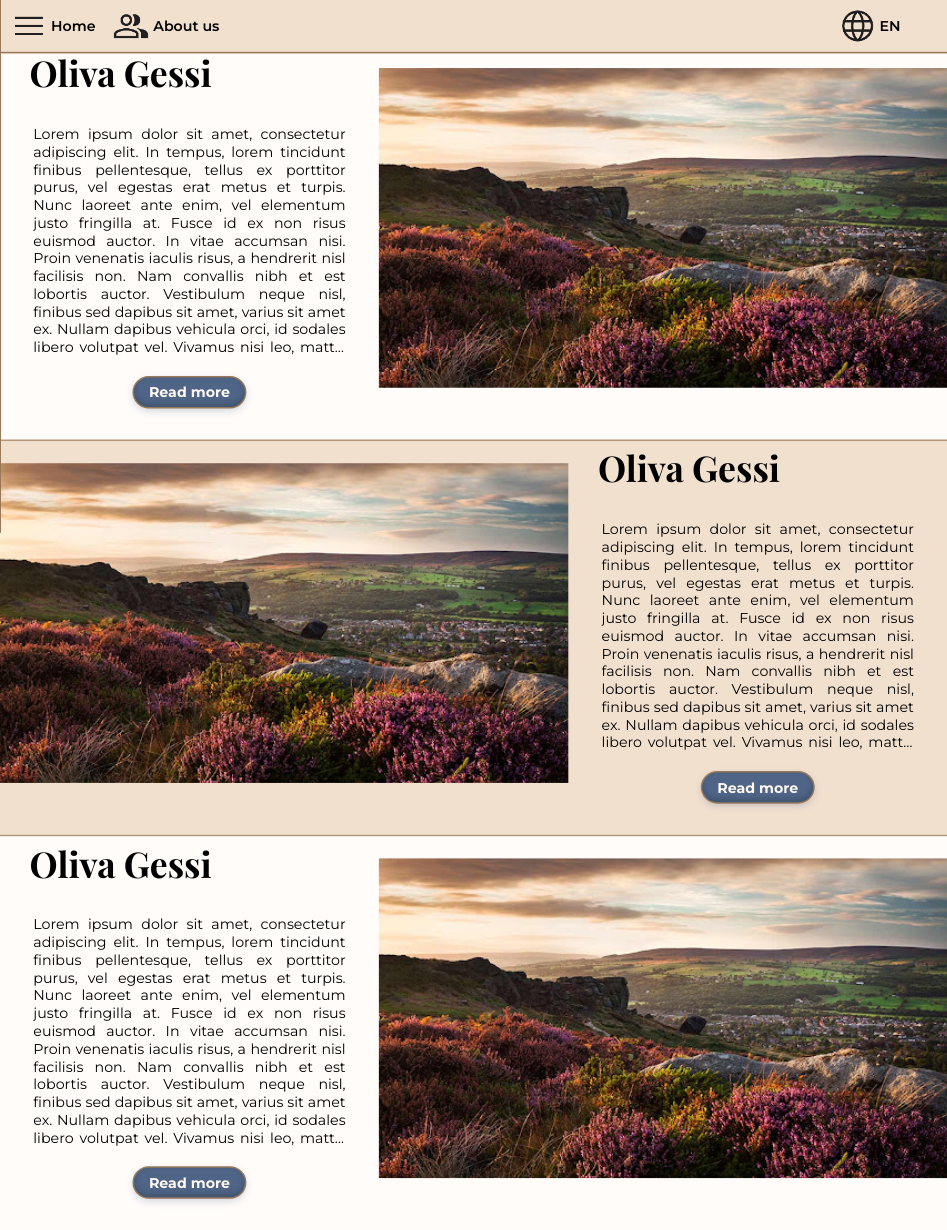
Repository: Seaside-Jokers/Oliva-gessi
Page: index.html
These files come from the project's save history. The page is drawn as it stood at one moment and after the next save; the edit follows.
The browser window is 1280 px wide. The pictures show the whole page, at 74% of full size.
Some web fonts or font styles are not loaded; a fallback is used.

Above is the page before, as saved 2026-02-18 16:05:09.

### index.html
<!DOCTYPE html>
<html lang="it">
<head>
    <meta charset="UTF-8">
    <title>Oliva Gessi</title>
    <link rel="stylesheet" href="src/style.css">
    <link rel="alternate" hreflang="en" href="index.html">
    <link rel="alternate" hreflang="it" href="index.html">
    <link rel="preconnect" href="https://fonts.googleapis.com">
    <link rel="preconnect" href="https://fonts.gstatic.com" crossorigin>
    <link href="https://fonts.googleapis.com/css2?family=Playfair+Display:ital,wght@0,400..900;1,400..900&display=swap" rel="stylesheet">
</head>
<body>
    <!-- ======================================================================= -->
    <!--                                 NAVBAR                                  -->
    <!-- ======================================================================= -->
    <nav class="navbar">
        <!-- Home -->
        <button class="btn-navbar" type="button" onclick="toggleMenu()">
            <img src="assets/menu_icon.png" data-key="home" alt="Home" class="icone" id="navbar-button">
            <span data-key="home" class="nav-data">Menu</span>
        </button>
        <!-- About us-->
        <button class="btn-navbar" type="button" onclick="location.href='about-us.html'">
            <img src="assets/about_us.png" data-key="about" alt="Chi siamo" class="icone">
            <span data-key="about" class="nav-data">Chi siamo</span>
        </button>
        <!-- Cambio lingua (a destra) -->
        <button class="btn-navbar lang-button" type="button" onclick="changeLang()">
            <img src="assets/language.png" data-key="language" alt="Cambia lingua" class="icone">
            <span data-key="current_language" class="nav-data">IT</span>
        </button>
    </nav>
    <!-- ======================================================================= -->
    <!--                                 SIDEBAR                                 -->
    <!-- ======================================================================= -->
    <!-- Strato trasparente che permette di chiudere il menu cliccando fuori -->
    <div class="clicker" onclick="closeMenu()"></div>
    <!-- Menu laterale vero e proprio -->
    <div class="sidebar" id="sidebar">
        <!-- Chiudi il menu -->
        <button class="sidebar-button" type="button" onclick="closeMenu()">
            <img src="assets/close.png" alt="Chiudi menu" class="icone large">
            <span data-key="close_menu" class="side-data">Chiudi</span>
        </button>
        <!-- About us -->
        <button class="sidebar-button" type="button" onclick="location.href='about-us.html'">
            <img src="assets/about_us.png" alt="Chiudi menu" class="icone large">
            <span data-key="about" class="side-data">Chi siamo</span>
        </button>
        <details>
            <!-- Le varie pagine del file -->
            <summary data-key="cerca_pagina"></summary>
        </details>
    </div>

    <!-- ======================================================================= -->
    <!--                                CONTENUTO                                -->
    <!-- ======================================================================= -->
    <div class="blocco">
        <img src="assets/immagine_16x9.jpg" alt="Foto placeholder del primo blocco" data-key="alt_img1" class="foto-blocco">
        <div class="container-testo-blocco">
            <h1 class="titolo-blocco" data-key="title_1">Oliva Gessi</h1>
            <p class="testo-blocco" data-key="testo_1">Lorem ipsum dolor sit amet, consectetur adipiscing elit. In tempus, lorem tincidunt finibus pellentesque, tellus ex porttitor purus, vel egestas erat metus et turpis. Nunc laoreet ante enim, vel elementum justo fringilla at. Fusce id ex non risus euismod auctor. In vitae accumsan nisi. Proin venenatis iaculis risus, a hendrerit nisl facilisis non. Nam convallis nibh et est lobortis auctor. Vestibulum neque nisl, finibus sed dapibus sit amet, varius sit amet ex. Nullam dapibus vehicula orci, id sodales libero volutpat vel. Vivamus nisi leo, mattis ut est convallis, pharetra ornare ipsum. Fusce elementum velit at massa mattis rutrum. Curabitur tincidunt consectetur nibh, in molestie urna ullamcorper sed. Interdum et malesuada fames ac ante ipsum primis in faucibus.</p>
            <button class="read-more-button" type="button" onclick="" data-key="read_more">Leggi di più</button>
        </div>
    </div>
    <div class="blocco">
        <img src="assets/immagine_16x9.jpg" alt="Foto placeholder del primo blocco" data-key="alt_img1" class="foto-blocco">
        <div class="container-testo-blocco">
            <h1 class="titolo-blocco" data-key="title_1">Oliva Gessi</h1>
            <p class="testo-blocco" data-key="testo_1">Lorem ipsum dolor sit amet, consectetur adipiscing elit. In tempus, lorem tincidunt finibus pellentesque, tellus ex porttitor purus, vel egestas erat metus et turpis. Nunc laoreet ante enim, vel elementum justo fringilla at. Fusce id ex non risus euismod auctor. In vitae accumsan nisi. Proin venenatis iaculis risus, a hendrerit nisl facilisis non. Nam convallis nibh et est lobortis auctor. Vestibulum neque nisl, finibus sed dapibus sit amet, varius sit amet ex. Nullam dapibus vehicula orci, id sodales libero volutpat vel. Vivamus nisi leo, mattis ut est convallis, pharetra ornare ipsum. Fusce elementum velit at massa mattis rutrum. Curabitur tincidunt consectetur nibh, in molestie urna ullamcorper sed. Interdum et malesuada fames ac ante ipsum primis in faucibus.</p>
            <button class="read-more-button" type="button" onclick="" data-key="read_more">Leggi di più</button>
        </div>
    </div>
    <div class="blocco">
        <img src="assets/immagine_16x9.jpg" alt="Foto placeholder del primo blocco" data-key="alt_img1" class="foto-blocco">
        <div class="container-testo-blocco">
            <h1 class="titolo-blocco" data-key="title_1">Oliva Gessi</h1>
            <p class="testo-blocco" data-key="testo_1">Lorem ipsum dolor sit amet, consectetur adipiscing elit. In tempus, lorem tincidunt finibus pellentesque, tellus ex porttitor purus, vel egestas erat metus et turpis. Nunc laoreet ante enim, vel elementum justo fringilla at. Fusce id ex non risus euismod auctor. In vitae accumsan nisi. Proin venenatis iaculis risus, a hendrerit nisl facilisis non. Nam convallis nibh et est lobortis auctor. Vestibulum neque nisl, finibus sed dapibus sit amet, varius sit amet ex. Nullam dapibus vehicula orci, id sodales libero volutpat vel. Vivamus nisi leo, mattis ut est convallis, pharetra ornare ipsum. Fusce elementum velit at massa mattis rutrum. Curabitur tincidunt consectetur nibh, in molestie urna ullamcorper sed. Interdum et malesuada fames ac ante ipsum primis in faucibus.</p>
            <button class="read-more-button" type="button" onclick="" data-key="read_more">Leggi di più</button>
        </div>
    </div>

    <!--=======================================================================-->
    <!--                      DO NOT TOUCH BELOW THIS LINE                     -->
    <!--=======================================================================-->
    <script src="src/database_testo.js"></script>
    <script src="src/color_scheme.js"></script>
    <script src="src/sidebar.js"></script>
    <script src="src/homepage.js"></script>
</body>

<!-- TODO: leggi questo commento e poi eliminalo per favore: quando vuoi aggiungere un nuovo testo modificalo in src/database_testo.js -->
</html>

### src/style.css
/* -------------------------------------------------------------------------- */
/*                                   COLORI                                   */
/* -------------------------------------------------------------------------- */
:root,
[data-theme="light"] {
    /** BACKGROUND */
    --bg-dark:      hsl(30 58% 88%);
    --bg:           hsl(30 100% 94%);
    --bg-light:     hsl(30 100% 99%);

    /** TESTO */
    --text:         hsl(17 100% 4%);
    --text-muted:   hsl(32 47% 25%);
    --highlight:    hsl(31 100% 97%);

    /** BORDI */
    --border:       hsl(31 26% 47%);
    --border-muted: hsl(31 31% 59%);

    /** COLORI INTERFACCIA */
    --primary:      hsl(37 100% 17%);
    --secondary:    hsl(206 82% 26%);
    --danger:       hsl(9 25% 41%);
    --warning:      hsl(51 29% 33%);
    --success:      hsl(148 24% 35%);
    --info:         hsl(217 26% 42%);
}

[data-theme="dark"] {
    /** BACKGROUND */
    --bg-dark:      hsl(18 100% 1%);
    --bg:           hsl(25 93% 4%);
    --bg-light:     hsl(31 65% 7%);

    /** TESTO */
    --text:         hsl(31 100% 92%);
    --text-muted:   hsl(31 39% 67%);
    --highlight:    hsl(31 33% 36%);

    /** BORDI */
    --border:       hsl(32 47% 25%);
    --border-muted: hsl(34 84% 14%);

    /** COLORI INTERFACCIA */
    --primary:      hsl(31 62% 64%);
    --secondary:    hsl(209 77% 71%);
    --danger:       hsl(9 31% 65%);
    --warning:      hsl(52 22% 56%);
    --success:      hsl(147 21% 58%);
    --info:         hsl(217 34% 65%);
}

/* Fallback per chi non ha JavaScript: segue la preferenza di sistema */
@media (prefers-color-scheme: dark) {
    :root:not([data-theme]) {
        /** BACKGROUND */
        --bg-dark:      hsl(18 100% 1%);
        --bg:           hsl(25 93% 4%);
        --bg-light:     hsl(31 65% 7%);

        /** TESTO */
        --text:         hsl(31 100% 92%);
        --text-muted:   hsl(31 39% 67%);
        --highlight:    hsl(31 33% 36%);

        /** BORDI */
        --border:       hsl(32 47% 25%);
        --border-muted: hsl(34 84% 14%);

        /** COLORI INTERFACCIA */
        --primary:      hsl(31 62% 64%);
        --secondary:    hsl(209 77% 71%);
        --danger:       hsl(9 31% 65%);
        --warning:      hsl(52 22% 56%);
        --success:      hsl(147 21% 58%);
        --info:         hsl(217 34% 65%);
    }
}

:root {
    /* --- VALORI PER DESKTOP (Default) --- */

    /* -------------------------------------------------------------------------- */
    /*                                   NAVBAR                                   */
    /* -------------------------------------------------------------------------- */
    --nav-height: 60px;
    --nav-img-size: 50px;
    --nav-font-size: 1.2rem;
    --sidebar-width: 300px;
    /* -------------------------------------------------------------------------- */
    /*                                  HOMEPAGE                                  */
    /* -------------------------------------------------------------------------- */
    --block-dist: 30px;
    --btn-width: 150px;
    --btn-height: 40px;
}

@media (max-aspect-ratio: 1/1) {
    :root {
        /* --- VALORI PER MOBILE (Telefoni e Tablet piccoli) --- */

        /* -------------------------------------------------------------------------- */
        /*                                   NAVBAR                                   */
        /* -------------------------------------------------------------------------- */
        --nav-height: 80px;
        --nav-img-size: 65px;
        --nav-font-size: 2.1rem;
        --sidebar-width: 450px;
        /* -------------------------------------------------------------------------- */
        /*                                  HOMEPAGE                                  */
        /* -------------------------------------------------------------------------- */
        --block-dist: 30px;

        --btn-width: 300px;
        --btn-height: 80px;
    }
}


/* -------------------------------------------------------------------------- */
/*                                    BASE                                    */
/* -------------------------------------------------------------------------- */
/* corpo dell'HTML */
body {
    font-family: 'Montserrat', sans-serif;
    margin: 0;
    padding: 0;
    background-color: var(--bg-light);
    padding-top: var(--nav-height);
}

@font-face {
    font-family: 'Playfair Display';
    src: url('../fonts/Playfair_Display/PlayfairDisplay-VariableFont_wght.ttf') format('truetype');
    font-weight: 100 900;
    font-style: normal;
    font-display: swap;
}
@font-face {
    font-family: 'Playfair Display';
    src: url('../fonts/Playfair_Display/PlayfairDisplay-Italic-VariableFont_wght.ttf') format('truetype');
    font-weight: 100 900;
    font-style: italic;
    font-display: swap;
}

@font-face {
    font-family: 'Montserrat';
    src: url('../fonts/Montserrat/Montserrat-VariableFont_wght.ttf') format('truetype');
    font-weight: 100 900;
    font-style: normal;
    font-display: swap;
}
@font-face {
    font-family: 'Montserrat';
    src: url('../fonts/Montserrat/Montserrat-Italic-VariableFont_wght.ttf') format('truetype');
    font-weight: 100 900;
    font-style: italic;
    font-display: swap;
}

.text {
    font-family: 'Montserrat', sans-serif;
}
.title {
    font-family: 'Playfair Display', serif;
}

h1 {
    font-family: 'Playfair Display', serif;
    font-weight: bold;
}
h2 {
    font-family: 'Playfair Display', serif;
    font-weight: bold;
}
h3 {
    font-family: 'Playfair Display', serif;
    font-weight: bold;
}
h4 {
    font-family: 'Playfair Display', serif;
    font-weight: bold;
}
h5 {
    font-family: 'Playfair Display', serif;
    font-weight: bold;
}
h6 {
    font-family: 'Playfair Display', serif;
    font-weight: bold;
}
p {
    font-family: 'Montserrat', sans-serif;
}
span {
    font-family: 'Montserrat', sans-serif;
}

.l {
    margin-left: 0px;
    margin-right: auto;
}
.r {
    margin-left: auto;
    margin-right: 0px;
    align-items: right;
}

/* -------------------------------------------------------------------------- */
/*                                   NAVBAR                                   */
/* -------------------------------------------------------------------------- */
nav.navbar {
    position: fixed;
    top: 0;
    width: 100%;
    height: var(--nav-height);
    display: flex;
    align-items: center;
    background-color: var(--bg-dark);
    padding: 5px;
    border-bottom: 2px solid var(--border);
}
.icone {
    width: var(--nav-img-size);
    height: auto;
    display: block;
    margin: 0px 5px;
}

button.btn-navbar {
    padding: 4px;
    margin-right: 10px;
    background: none;
    border: none;
    cursor: pointer;
    transition: transform 0.2s;
    display: flex;
    flex-direction: row;
    align-items: center;
    justify-content: center;
    font-family: 'Montserrat', sans-serif;
}
.btn-navbar:hover {
    transform: scale(1.1);
}
button.btn-navbar.lang-button {
    margin-left: auto;
    margin-right: 5vw;
}
button.btn-navbar.ruotata {
    transform: rotate(90deg);
}

span.nav-data {
    font-family: 'Montserrat', sans-serif;
    font-size: var(--nav-font-size);
    font-weight: 600;
}
/* TODO: apertuta menu, rotazione di 90° quando il menù è aperto */

.btn-menu:hover {
    transform: scale(1.1);
}

/* -------------------------------------------------------------------------- */
/*                               SIDEBAR (HOME)                               */
/* -------------------------------------------------------------------------- */
.clicker {
    position: fixed;
    top: 0;
    left: 0;
    width: 0%;
    height: 0%;
    z-index: 1;
}
.clicker.show {
    width: 100%;
    height: 100%;
}
.sidebar {
    position: fixed;
    height: 100%;
    width: var(--sidebar-width);
    position: fixed;
    z-index: 1000;
    top: 0;
    left: calc(-1 * var(--sidebar-width));
    background-color: var(--bg-dark);
    overflow-x: hidden;
    transition: 0.5s;
    flex-direction: column;
    border-right: 2px solid var(--border);
}
.sidebar.aperta {
    left: 0;
}
.sidebar-button {
    background: none;
    border: none;
    display: flex;
    flex-direction: row;
    align-items: center;
    height: var(--nav-height);
    flex: 1;
    margin: 8px 3px;
}
.side-data {
    font-size: var(--nav-font-size);
}
details {
  cursor: pointer;
  font-weight: bold;
  margin-top: 10px;
  margin-bottom: 15px;
  margin-left: 15px;
  font-size: var(--nav-font-size);
}

/* -------------------------------------------------------------------------- */
/*                                  CONTENUTO                                 */
/* -------------------------------------------------------------------------- */
.container {
    display: flex;
    flex-direction: row;
    align-items: center;
    justify-content: center;
    width: 100%;
}
.blurry {
    backdrop-filter: blur(5px);
    -webkit-backdrop-filter: blur(8px);
}

/* Valori per computer */
.blocco {
    width: 100%;
    height: 33.75vw;
    padding-bottom: 70px;
    padding-top: 30px;
    box-sizing: content-box;
    display: flex;
    flex-direction: row;
    align-items: stretch;
    background: none;
    align-items: center;
    background: var(--bg-dark);
    border-top: 2px solid var(--border-muted)
}
.blocco:nth-child(even) {
    flex-direction: row-reverse;
    flex-direction: row-reverse;
    background: none;

}
.container-testo-blocco {
    width: auto;
    display: flex;
    flex-direction: column;
    padding: 0px 20px;
    min-height: 0;
    flex: 1;
    overflow: hidden;
}
.titolo-blocco {
    font-size: 3rem;
    margin: 20px;
    font-family: 'Playfair Display', serif;
    flex-shrink: 0;
}
.testo-blocco {
    margin-left: 25px;
    margin-right: 25px;
    flex: 1;
    overflow: hidden;
    min-height: 0;
    font-size: var(--nav-font-size);
    display: -webkit-box;
    -webkit-box-orient: vertical;
    -webkit-line-clamp: 13;
    line-clamp: 13;
    text-align: justify;
    /* line-clamp aggiornato dinamicamente dal JS */
}
.foto-blocco {
    width: 60%;
    height: 100%;
    display: block;
    object-fit: cover;
    flex-shrink: 0;
}
.read-more-button {
    width: var(--btn-width);
    height: var(--btn-height);
    margin-top: 10px;
    margin-bottom: 20px;
    margin-left: calc(50% - var(--btn-width) / 2);
    background-color: var(--info);
    border: none;
    color: var(--highlight);
    font-size: var(--nav-font-size);
    font-family: 'Montserrat', sans-serif;
    cursor: pointer;
    font-weight: 700;
    border-radius: calc(var(--btn-height) / 2);
    border: none;
    box-shadow:
        0 0 0 2px var(--border),
        inset 0 -4px 8px hsl(0 0% 0% / 0.2),
        0 4px 12px hsl(217 26% 42% / 0.3);
    transition: all 0.2s ease;
    flex-shrink: 0;
}
.read-more-button:hover {
    box-shadow:
        0 0 0 3px var(--border-muted),
        inset 0 -2px 4px hsl(0 0% 0% / 0.15),
        0 6px 16px hsl(209 77% 71% / 0.4);
    transform: translateY(-2px);
}

@media (max-aspect-ratio: 1/1), (max-width: 1000px) {
    /* Valori per telefono */
    .blocco {
        height: auto;
        padding-bottom: 30px;
        padding-top: 0px;
        flex-direction: column;
        border-bottom: 2px solid var(--highlight);
    }
    .blocco:nth-child(even) {
        flex-direction: column;
    }
    .titolo-blocco {
        font-size: 5rem;
    }
    .foto-blocco {
        width: 100%;
        height: auto;
        aspect-ratio: 16/9;
    }
    .testo-blocco {
        -webkit-line-clamp: 10;
        line-clamp: 10;
    }
}



/* -------------------------------------------------------------------------- */
/*                              IMG (ABOUT US)                               */
/* -------------------------------------------------------------------------- */



#jacopo {

    margin: 100px 100px;
}

/*
    Fonts: https://ctrl-z.it/9-font-architettura-tavole-portfolio https://material-f/
    Design: foundation.github.io/material-theme-builder/
    Design: https://www.iamsajid.com/css-tricks/
    Fonts: Playfair Display (titoli), Montserrat (testo normale)
*/

### src/sidebar.js
let menuAperto = false;

function toggleMenu() {
    menuAperto = !menuAperto;

    const icon = document.getElementById("navbar-button");
    icon.classList.toggle('ruotata');

    const menu = document.getElementById("sidebar");
    menu.classList.toggle('aperta');

    const clicker = document.querySelector(".clicker");
    clicker.classList.toggle('show');
}
function closeMenu() {
    if(!menuAperto) return;
    toggleMenu();
}

### src/homepage.js
function clampTesti() {
    document.querySelectorAll('.blocco').forEach(blocco => {
        const img    = blocco.querySelector('.foto-blocco');
        const testo  = blocco.querySelector('.testo-blocco');
        const titolo = blocco.querySelector('.titolo-blocco');
        const btn    = blocco.querySelector('.read-more-button');
        if (!img || !testo) return;

        // Altezza reale della foto (rispetta aspect-ratio e zoom)
        const imgH = img.getBoundingClientRect().height;

        // Spazio occupato da titolo e pulsante (margini inclusi)
        const titleH = titolo ? titolo.getBoundingClientRect().height
                                + parseFloat(getComputedStyle(titolo).marginTop)
                                + parseFloat(getComputedStyle(titolo).marginBottom)
                              : 0;
        const btnH   = btn    ? btn.getBoundingClientRect().height
                                + parseFloat(getComputedStyle(btn).marginTop)
                                + parseFloat(getComputedStyle(btn).marginBottom)
                              : 0;

        // Padding del container
        const contStyle = getComputedStyle(testo.parentElement);
        const padV = parseFloat(contStyle.paddingTop) + parseFloat(contStyle.paddingBottom);

        const disponibile = imgH - titleH - btnH - padV
                            - parseFloat(getComputedStyle(testo).marginTop)
                            - parseFloat(getComputedStyle(testo).marginBottom);

        const lineH = parseFloat(getComputedStyle(testo).lineHeight);
        const righe = Math.max(1, Math.floor(disponibile / lineH));

        testo.style.webkitLineClamp = righe;
        testo.style.lineClamp       = righe;
    });
}

// Ricalcola ad ogni resize (zoom incluso) e al caricamento immagini
window.addEventListener('resize', clampTesti);
document.querySelectorAll('.foto-blocco').forEach(img => {
    img.addEventListener('load', clampTesti);
    if (img.complete) clampTesti();
});
document.addEventListener('DOMContentLoaded', clampTesti);

Loaded but not shown: src/color_scheme.js (155 lines, source omitted); src/database_testo.js (94 lines, source omitted)

After the next save:
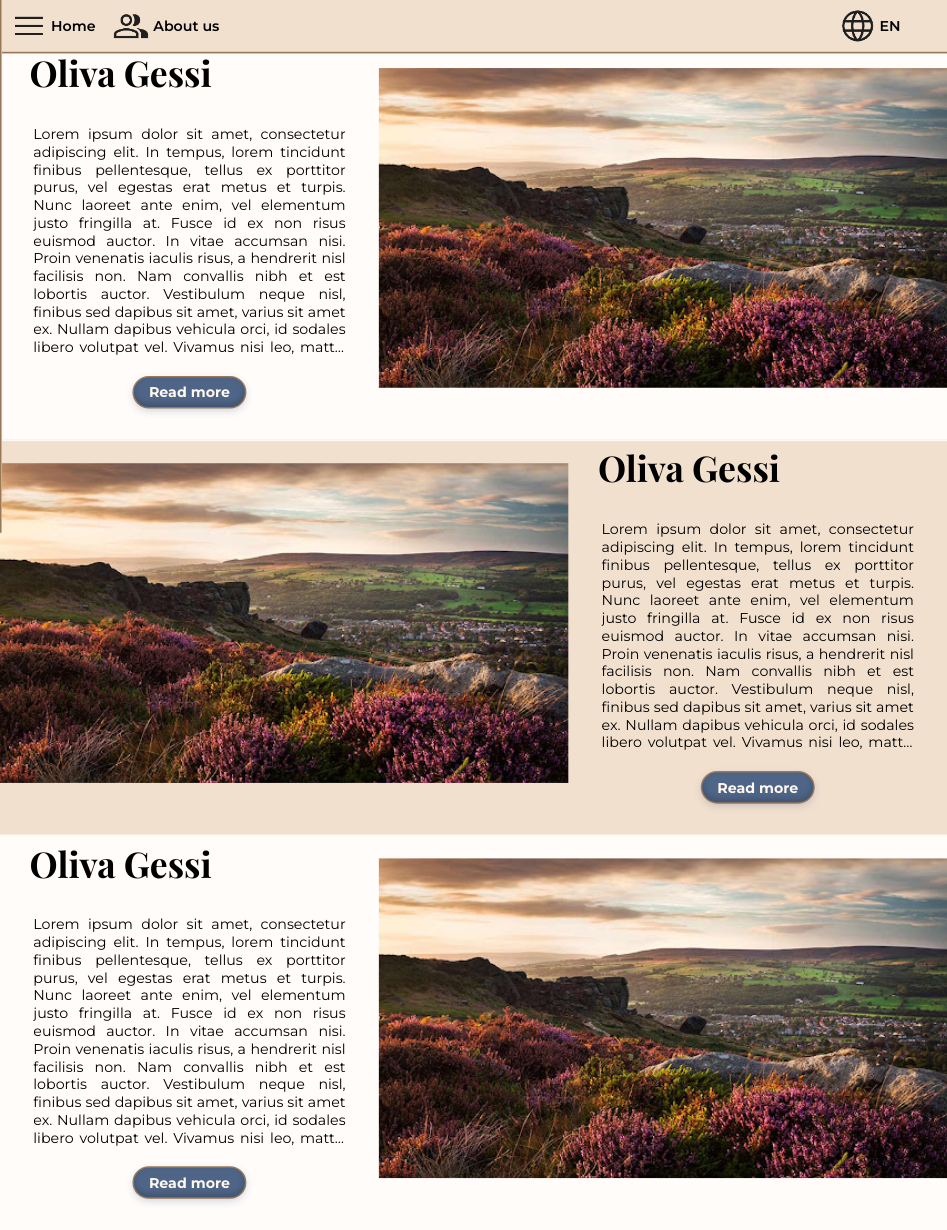
Saved 35 s later.
--- a/src/style.css
+++ b/src/style.css
@@ -345,7 +345,7 @@ details {
     background: none;
     align-items: center;
     background: var(--bg-dark);
-    border-top: 2px solid var(--border-muted)
+    border-top: 2px solid var(--highlight)
 }
 .blocco:nth-child(even) {
     flex-direction: row-reverse;
